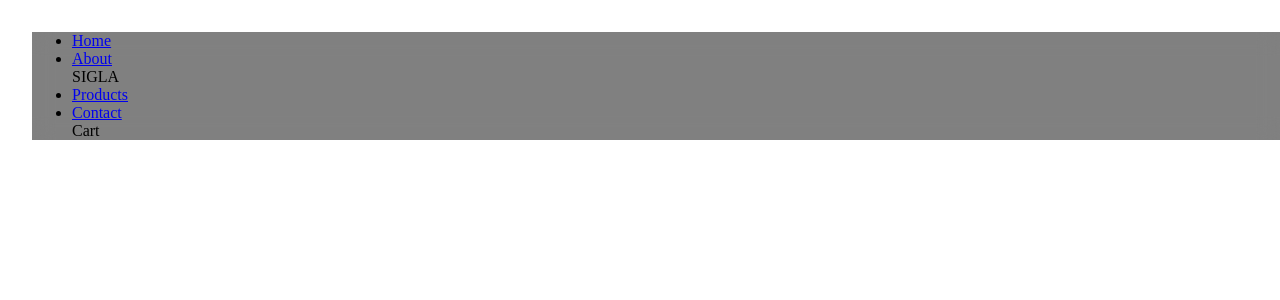
Repository: RalucaZota/cakeshop
Page: /
The author's editor kept a copy of each file at every save. The page is drawn from the files as they stood at one save, then again after the next save.
The browser window is 1280 px wide. The pictures show the whole page.
The project was rebuilt for these pictures with package versions that can differ from the ones it lists, and the page was loaded fresh each time. Also part of the build but not shown: vite.config.js, src/views/Products.vue, src/views/About.vue, src/views/Contact.vue.

Above is the page before, as saved 2023-06-02 18:21:48.

### src/main.js
import './assets/main.css'

import { createApp } from 'vue'
import App from './App.vue'
import router from './router'
/* import the fontawesome core */
import { library } from '@fortawesome/fontawesome-svg-core'

/* import font awesome icon component */
import { FontAwesomeIcon } from '@fortawesome/vue-fontawesome'

/* import specific icons */
import { faBars } from '@fortawesome/free-solid-svg-icons'

/* add icons to the library */
library.add(faBars)

createApp(App)
.component('font-awesome-icon', FontAwesomeIcon).use(router)
.mount('#app')

### src/assets/main.css
@import './base.css';

#app {
  margin: 0 auto;
  padding: 2rem;

  font-weight: normal;
}

### src/App.vue
<script setup>
import Navbar from "./components/Navbar.vue"

</script>

<template>
<navbar/>
</template>

<style scoped>

</style>

### src/router/index.js
import { createRouter, createWebHistory } from 'vue-router'

const router = createRouter({
  history: createWebHistory(import.meta.env.BASE_URL),
  routes: [
    {
      path: '/',
      name: 'home',
      component: () => import('../views/Home.vue')
    },
    { path: '/about', name: 'about', component: () => import('../views/About.vue') },
    { path: '/products', name: 'products', component: () => import('../views/Products.vue') },
    { path: '/contact', name: 'contact', component: () => import('../views/Contact.vue') }
    // route level code-splitting
    // this generates a separate chunk (About.[hash].js) for this route
    // which is lazy-loaded when the route is visited.
  ]
})

export default router

### src/assets/base.css
/* color palette from <https://github.com/vuejs/theme> */
:root {
  --vt-c-white: #ffffff;
  --vt-c-white-soft: #f8f8f8;
  --vt-c-white-mute: #f2f2f2;

  --vt-c-black: #181818;
  --vt-c-black-soft: #222222;
  --vt-c-black-mute: #282828;

  --vt-c-indigo: #2c3e50;

  --vt-c-divider-light-1: rgba(60, 60, 60, 0.29);
  --vt-c-divider-light-2: rgba(60, 60, 60, 0.12);
  --vt-c-divider-dark-1: rgba(84, 84, 84, 0.65);
  --vt-c-divider-dark-2: rgba(84, 84, 84, 0.48);

  --vt-c-text-light-1: var(--vt-c-indigo);
  --vt-c-text-light-2: rgba(60, 60, 60, 0.66);
  --vt-c-text-dark-1: var(--vt-c-white);
  --vt-c-text-dark-2: rgba(235, 235, 235, 0.64);
}

/* semantic color variables for this project */
:root {
  --color-background: var(--vt-c-white);
  --color-background-soft: var(--vt-c-white-soft);
  --color-background-mute: var(--vt-c-white-mute);

  --color-border: var(--vt-c-divider-light-2);
  --color-border-hover: var(--vt-c-divider-light-1);

  --color-heading: var(--vt-c-text-light-1);
  --color-text: var(--vt-c-text-light-1);

  --section-gap: 160px;
}

@media (prefers-color-scheme: dark) {
  :root {
    --color-background: var(--vt-c-black);
    --color-background-soft: var(--vt-c-black-soft);
    --color-background-mute: var(--vt-c-black-mute);

    --color-border: var(--vt-c-divider-dark-2);
    --color-border-hover: var(--vt-c-divider-dark-1);

    --color-heading: var(--vt-c-text-dark-1);
    --color-text: var(--vt-c-text-dark-2);
  }
}

*,
*::before,
*::after {
  box-sizing: border-box;
  margin: 0;
  font-weight: normal;
}

### src/components/Navbar.vue
<template>
  <header :class="{ 'scrolled-nav': scrollPosition }">
    <nav >
      <ul class="nav-routes" v-show="!mobile">
        <li>
          <RouterLink active-class="active" :to="{ name: 'home' }" class="nav-elements link"
            >Home</RouterLink
          >
        </li>
        <li>
          <RouterLink active-class="active" :to="{ name: 'about' }" class="nav-elements link"
            >About</RouterLink
          >
        </li>
        <div class="branding">SIGLA</div>
        <li>
          <RouterLink active-class="active" :to="{ name: 'products' }" class="nav-elements link"
            >Products</RouterLink
          >
        </li>
        <li>
          <RouterLink active-class="active" :to="{ name: 'contact' }" class="nav-elements link"
            >Contact</RouterLink
          >
        </li>
        <div class="nav-elements cart">Cart</div>
      </ul>
        <div class="icon">
          <font-awesome-icon icon="fa-solid fa-bars" size="lg" @click="toggleMobileNav" v-show="mobile" class="far fa-bars" :class="{'icon-active': mobileNav}"/>
        </div>
      <transition name="mobile-nav">
        <ul v-show="mobileNav" class="dropdown-nav">
          <li>
            <RouterLink active-class="active" :to="{ name: 'home' }" class="nav-elements link"
              >Home</RouterLink
            >
          </li>
          <li>
            <RouterLink active-class="active" :to="{ name: 'about' }" class="nav-elements link"
              >About</RouterLink
            >
          </li>
          <li>
            <RouterLink active-class="active" :to="{ name: 'products' }" class="nav-elements link"
              >Products</RouterLink
            >
          </li>
          <li>
            <RouterLink active-class="active" :to="{ name: 'contact' }" class="nav-elements link"
              >Contact</RouterLink
            >
          </li>
        </ul>
      </transition>
    </nav>
  </header>

  <RouterView />
</template>
<script>
import { RouterLink, RouterView } from 'vue-router'
import Home from '../views/Home.vue'
import Products from '../views/Products.vue'
import About from '../views/About.vue'
import Contact from '../views/Contact.vue'
export default {
  name: 'navbar',
  components: {
    Home,
    Products,
    About,
    Contact
  },
  data(){
    return {
      scrollPosition: null,
      mobile: null,
      mobileNav: null,
      windowWidth: null
    }
  }
}
</script>
<style lang="scss">
@import '../styles/Navbar.scss';
</style>

### src/views/Home.vue
<template>
    <div>
        <h1>HOME</h1>
    </div>
</template>
<script>
export default {
    components:{
        name: 'home'
    }
}
</script>

### src/styles/Navbar.scss
header{
    width: 100%;
    position: fixed;
    transition: 0.5s ease all;
    background-color: gray;
    nav{

    backdrop-filter: blur(10px);
        &.nav-routes {
        display: flex;
        align-items: center;
        justify-content: space-evenly;
        background-color: pink;
        transition: 0.5s ease all;
        padding: 10px;
        width: 90%;
        margin: 0 auto;
        @media (min-width: 1140px) {
            max-width: 1140px;
        }
        ul,
        .link {
            font-weight: 500;
            color: red;
            list-style: none;
            text-decoration: none;
        }
        li {
            text-transform: uppercase;
            padding: 16px;
            margin-left: 16px;
        }

        .link {
            font-size: 14px;
            transition: 0.5s ease all;
            padding-bottom: 4px;
            border-bottom:  1px solid transparent;
            &:hover {
                color: aquamarine;
                border-color: purple;
            }
        }
        .branding {
            display: flex;
            align-items: center;

            // img {
            //     width: 50px;
            //     transition: .5s ease all;
            // }
        }

        .active{
        font-weight: bold;
        color: green;
        font-weight: 600;
        text-decoration: none;
        font-size: larger;
        }
        .nav-elements{
        text-decoration: none;
        font-size: 25px;
        color: black;
        }
        .cart{
        // position: absolute;
        // right: 5%;
    }
}
}
}

Loaded but not shown: index.html (common file)

After the next save:
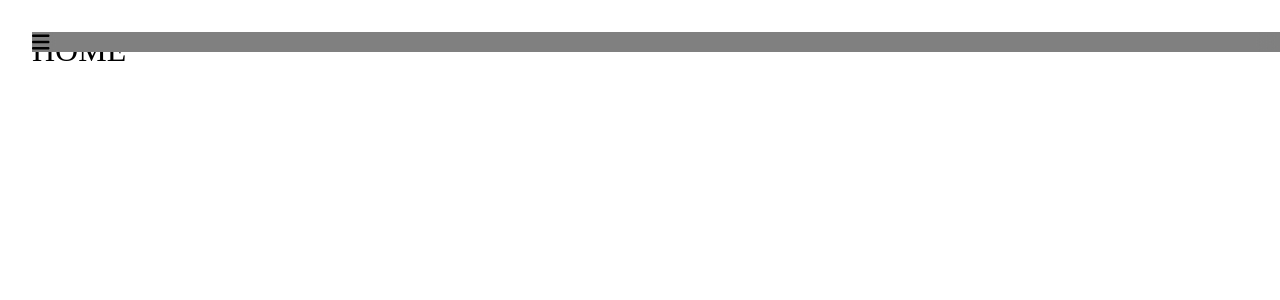
Saved 90 s later.
--- a/src/components/Navbar.vue
+++ b/src/components/Navbar.vue
@@ -74,7 +74,7 @@
   data(){
     return {
       scrollPosition: null,
-      mobile: null,
+      mobile: true,
       mobileNav: null,
       windowWidth: null
     }

After the save that followed:
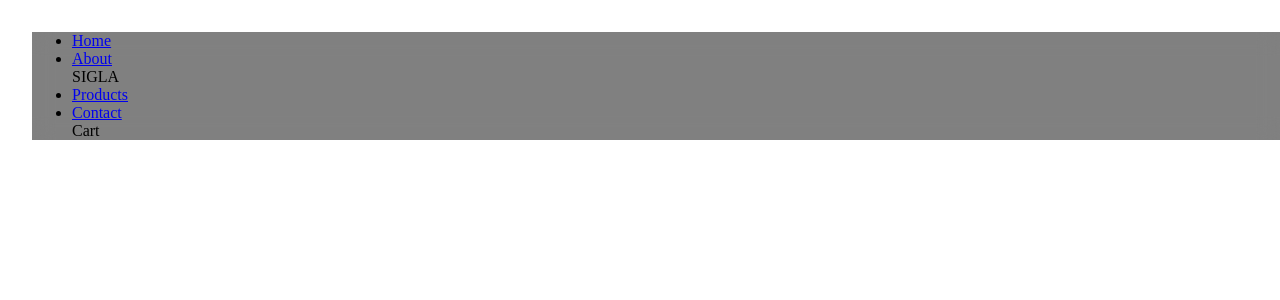
Saved 5 s later.
--- a/src/components/Navbar.vue
+++ b/src/components/Navbar.vue
@@ -74,7 +74,7 @@
   data(){
     return {
       scrollPosition: null,
-      mobile: true,
+      mobile: null,
       mobileNav: null,
       windowWidth: null
     }
